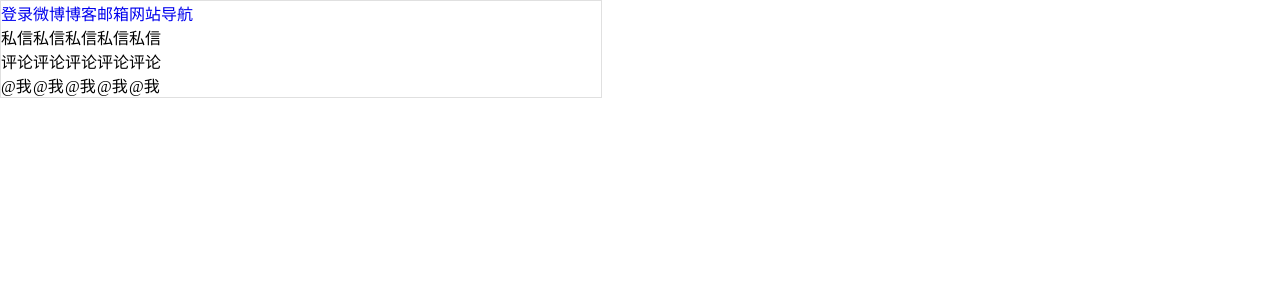
Repository: Sky0258/study
Page: js/新浪下拉框.html
An editor plug-in stored every save of this project. The page is shown before and after the next save, followed by the edit.
The browser window is 1280 px wide. The pictures show the whole page.

Above is the page before, as saved 2022-09-11 16:13:28.

### js/新浪下拉框.html
<!DOCTYPE html>
<html lang="en">

<head>
    <meta charset="UTF-8">
    <meta http-equiv="X-UA-Compatible" content="IE=edge">
    <meta name="viewport" content="width=device-width, initial-scale=1.0">
    <title>Document</title>
</head>
<style>
    * {
        padding: 0;
        margin: 0;
    }
    li {
        list-style: none;
    }
    a {
        text-decoration: none;
    }
    .tab {
        width: 600px;
        border: 1px solid #e0e0e0;
    }
    .tab > ul {
        width: 100%;
        display: flex;
    }
</style>
<body>
    <div class="tab">
        <ul>
            <li>
                <a href="#">登录</a>
                <ul>
                    <li>私信</li>
                    <li>评论</li>
                    <li>@我</li>
                </ul>
            </li>
            <li>
                <a href="#">微博</a>
                <ul>
                    <li>私信</li>
                    <li>评论</li>
                    <li>@我</li>
                </ul>
            </li>
            <li>
                <a href="#">博客</a>
                <ul>
                    <li>私信</li>
                    <li>评论</li>
                    <li>@我</li>
                </ul>
            </li>
            <li>
                <a href="#">邮箱</a>
                <ul>
                    <li>私信</li>
                    <li>评论</li>
                    <li>@我</li>
                </ul>
            </li>
            <li>
                <a href="#">网站导航</a>
                <ul>
                    <li>私信</li>
                    <li>评论</li>
                    <li>@我</li>
                </ul>
            </li>
        </ul>
    </div>
</body>

</html>

After the next save:
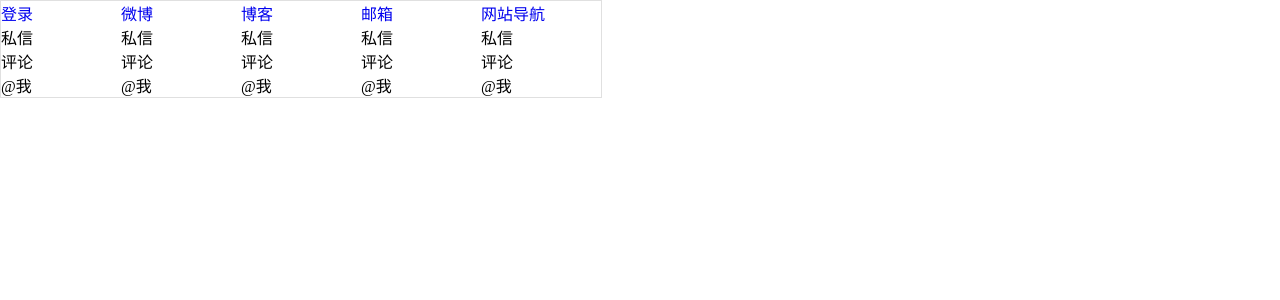
Saved 28 s later.
--- a/js/新浪下拉框.html
+++ b/js/新浪下拉框.html
@@ -25,6 +25,9 @@
     .tab > ul {
         width: 100%;
         display: flex;
+    }
+    .tab > ul > li {
+        flex: 1;
     }
 </style>
 <body>
